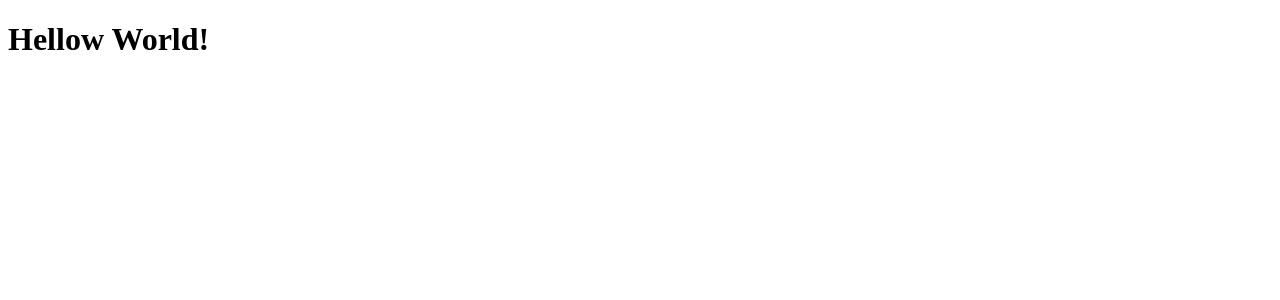
Repository: PiotrMigdal/blogmigdalapp
Page: http://localhost/
The author's editor kept a copy of each file at every save. The page is drawn from the files as they stood at one save, then again after the next save.
The browser window is 1280 px wide. The pictures show the whole page.
The page is served by the project's Laravel application, run on PHP 8.4 with Laravel 8.

Above is the page before, as saved 2021-08-28 07:24:16.

After the next save:
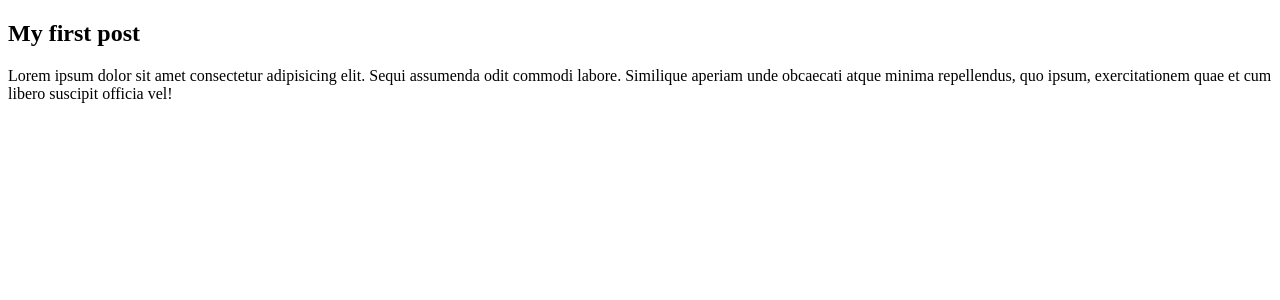
Saved 43 s later.
--- a/resources/views/posts.blade.php
+++ b/resources/views/posts.blade.php
@@ -8,6 +8,9 @@
   <style href="/app.css"></style>
 </head>
 <body>
-  <h1>Hellow World!</h1>
+  <article>
+    <h1>My first post</h1>
+    <p>Lorem ipsum dolor sit amet consectetur adipisicing elit. Sequi assumenda odit commodi labore. Similique aperiam unde obcaecati atque minima repellendus, quo ipsum, exercitationem quae et cum libero suscipit officia vel!</p>
+  </article>
 </body>
 </html>
